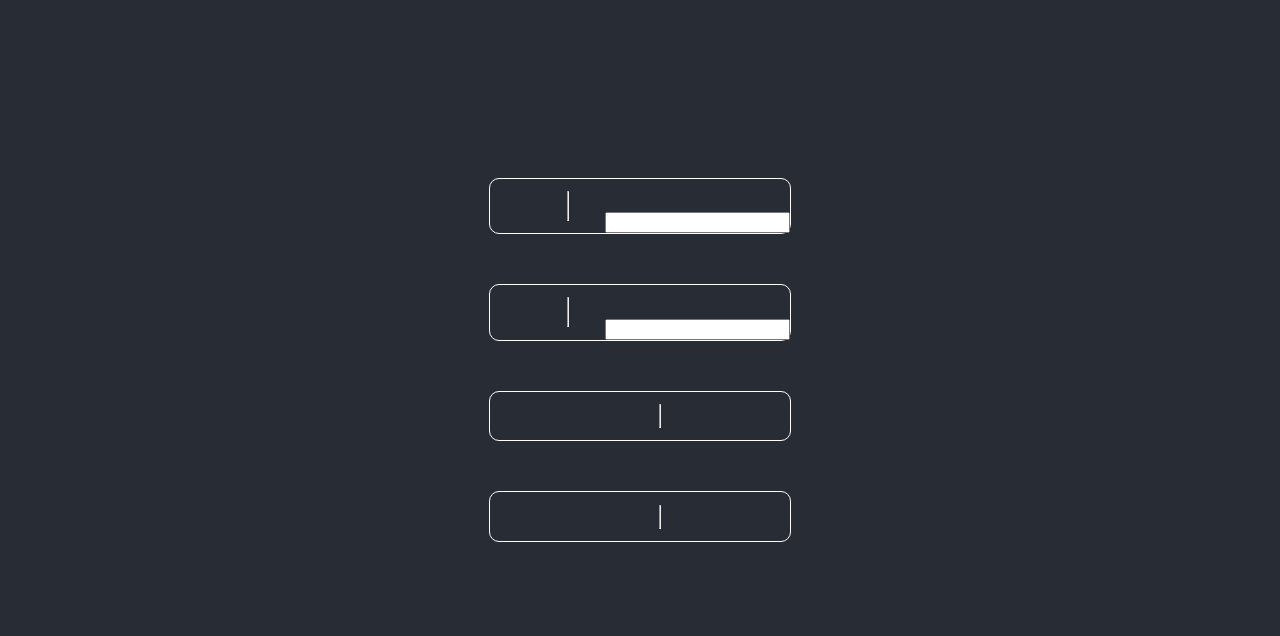
Repository: bandikost/capers
Page: /main
These files come from the project's save history. The page is drawn as it stood at one moment and after the next save; the edit follows.
The browser window is 1280 px wide. The pictures show the whole page.
The page's requests for data from a server got no answer. The project was rebuilt for these pictures with package versions that can differ from the ones it lists, and the page was loaded fresh each time. No one was signed in, and anything a server would have sent is missing.

Above is the page before, as saved 2023-04-10 12:53:53.

### src/App.js
import logo from './logo.svg';
import './App.css';
import { BrowserRouter, Routes, Route } from "react-router-dom";
import Main from './components/Main';



function App() {
  return (
    <div className="App">
      <header className="App-header">
      <BrowserRouter >
        <Routes>
            <Route path='/main' element={<Main />}/>

        </Routes>
      </BrowserRouter>
      </header>
    </div>
  );
}

export default App;

### src/App.css
.App {
  text-align: center;
}

.App-logo {
  height: 40vmin;
  pointer-events: none;
}


.App-header {
  background-color: #282c34;
  min-height: 100vh;
  display: flex;
  flex-direction: column;
  align-items: center;
  justify-content: center;
  font-size: calc(10px + 2vmin);
  color: white;
}

.App-link {
  color: #61dafb;
}


.table {
  height: auto;
  margin: 0 auto 0;
}

.cell {
  border: 1px solid white;
  border-radius: 10px;
  width: 300px;
  margin: 50px 0px;
  display: flex;
  justify-content: space-between;
}

.cell p {
  padding: 0 20px;
}

### src/components/Main.jsx
import React, { useState, useEffect } from "react";
import firebase from "../firebase";
import UserInput from "./UserInput";

export const Main = () => {
  const [name, setName] = useState({});
  const [balance, setbalance] = useState({});

  useEffect(() => {
    const balanceRef = firebase.database().ref("balance");
    balanceRef.on("value", (snapshot) => {
      const data = snapshot.val();
      setbalance(data);
    });

    const nameRef = firebase.database().ref("name");
    nameRef.on("value", (snapshot) => {
      const data = snapshot.val();
      setName(data);
    });
  }, []);

  const getHighestBalanceUser = () => {
    const users = Object.keys(balance);
    let highestBalance = -Infinity;
    let highestBalanceUser = "";
    users.forEach((user) => {
      if (balance[user] > highestBalance) {
        highestBalance = balance[user];
        highestBalanceUser = user;
      }
    });
    return highestBalanceUser;
  };

  return (
    <div className="table">
      <div className="cell">
        <p>{name.user1}</p>
        <hr />
        <UserInput userId="user1" name={name.user1} balance={balance.user1} />
      </div>
      <div className="cell">
        <p>{name.user2}</p>
        <hr />
        <UserInput userId="user2" name={name.user2} balance={balance.user2} />
      </div>
      <div className="cell">
        <p>{name.user3}</p>
        <hr />
      </div>
      <div className="cell">
        <p>{name.user4}</p>
        <hr />
        </div>
        </div>

  )
}
  export default Main;

### src/firebase.js

import "firebase/database";
import firebase from "firebase/compat/app";
import "firebase/compat/database";
import { getAuth } from "firebase/auth";
import { getFirestore } from "firebase/firestore";
import { getStorage, ref } from "firebase/storage";


const firebaseConfig = {
    apiKey: "AIzaSyBp1x8lQCSbuPwbK_sXJ7eGkGpN9c7ONY8",
    authDomain: "capers-a3171.firebaseapp.com",
    databaseURL: "https://capers-a3171-default-rtdb.europe-west1.firebasedatabase.app",
    projectId: "capers-a3171",
    storageBucket: "capers-a3171.appspot.com",
    messagingSenderId: "794243042023",
    appId: "1:794243042023:web:668504b8bdcbe9b7c63042",
    measurementId: "G-7YW48MQCSP"
  };

firebase.initializeApp(firebaseConfig);

export const auth = getAuth();
export const storage = getStorage()
export const db = getFirestore();
export default firebase;

### src/components/UserInput.js
import React, { useState } from "react";

const UserInput = ({ user, name, balance, onChange }) => {
  const [inputName, setInputName] = useState(name);
  const [inputBalance, setInputBalance] = useState(balance);

  const handleNameChange = (e) => {
    setInputName(e.target.value);
  };

  const handleBalanceChange = (e) => {
    setInputBalance(e.target.value);
  };

  return (
    <div>
      <p >{inputBalance}</p>
      <input type="number" value={inputBalance} onChange={handleBalanceChange} />
    </div>
  );
};

export default UserInput;

Loaded but not shown: public/index.html (common file); src/index.js (common file); src/index.css (common file); src/reportWebVitals.js (common file)

After the next save:
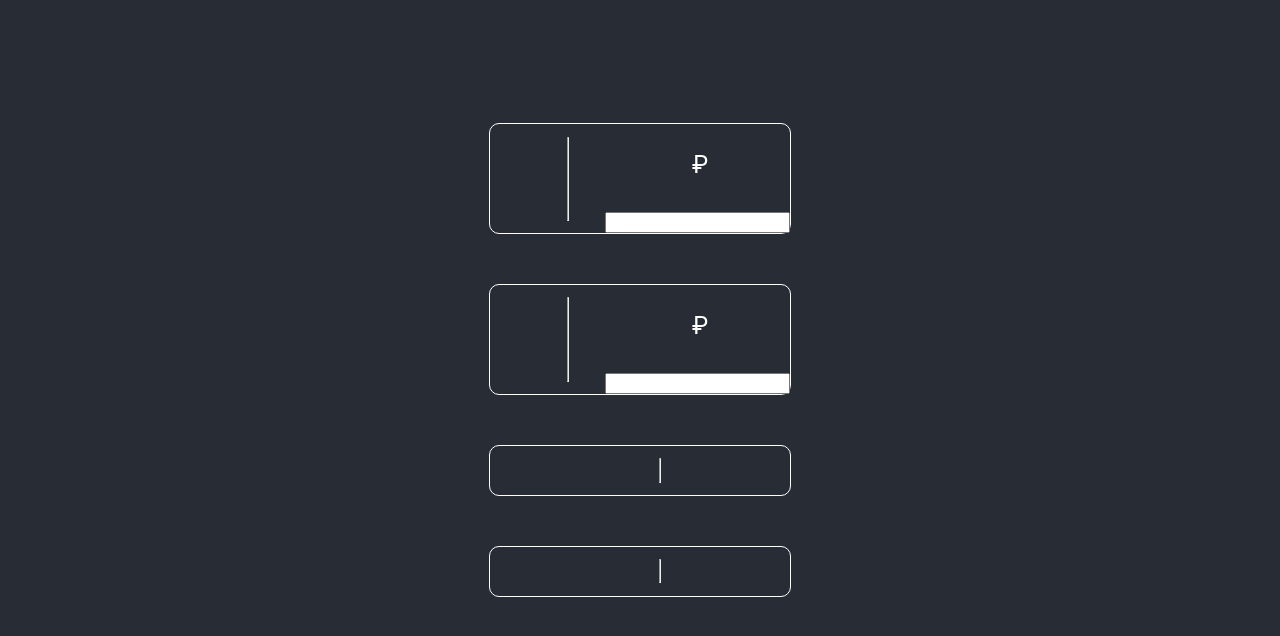
Saved 12 s later.
--- a/src/components/UserInput.js
+++ b/src/components/UserInput.js
@@ -14,7 +14,7 @@ const UserInput = ({ user, name, balance, onChange }) => {
 
   return (
     <div>
-      <p >{inputBalance}</p>
+      <p >{inputBalance}<span style={{marginLeft: "5px"}}>₽</span></p>
       <input type="number" value={inputBalance} onChange={handleBalanceChange} />
     </div>
   );
